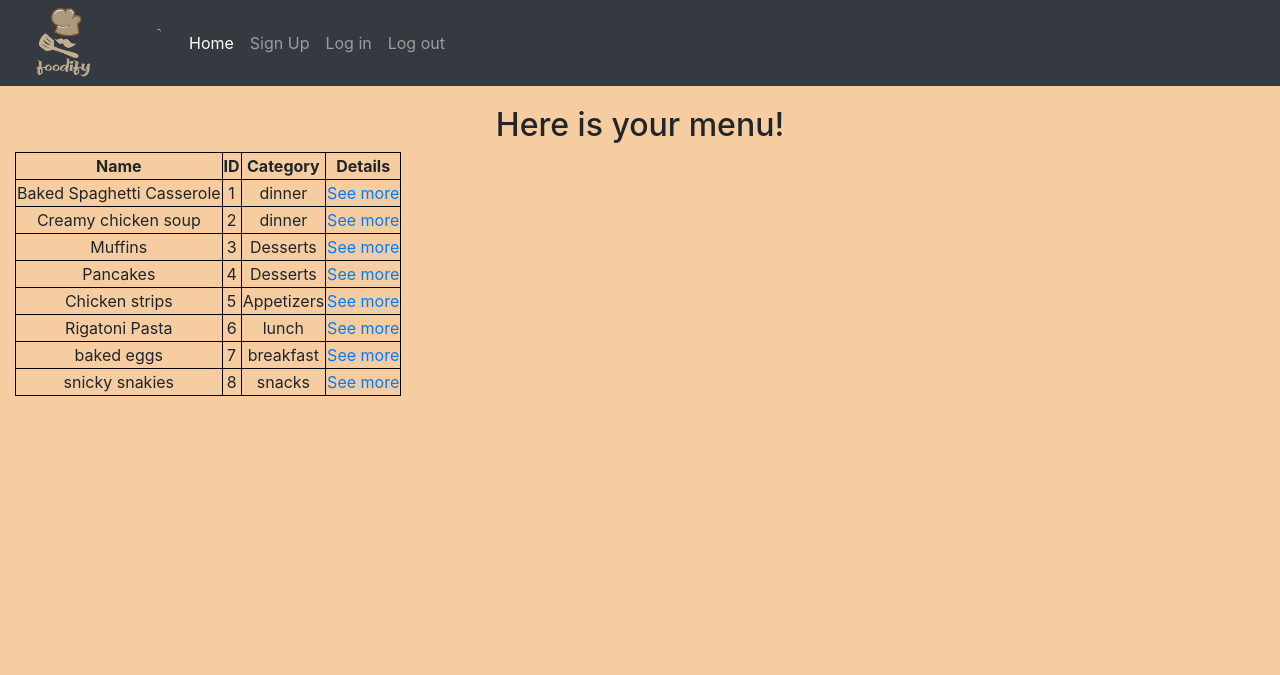
Repository: RanaHisham18/Foodify-Web-App
Page: Project IA raghda/usermenu.html
An editor plug-in stored every save of this project. The page is shown before and after the next save, followed by the edit.
The browser window is 1280 px wide. The pictures show the whole page.

Above is the page before, as saved 2022-01-06 18:34:03.

After the next save:
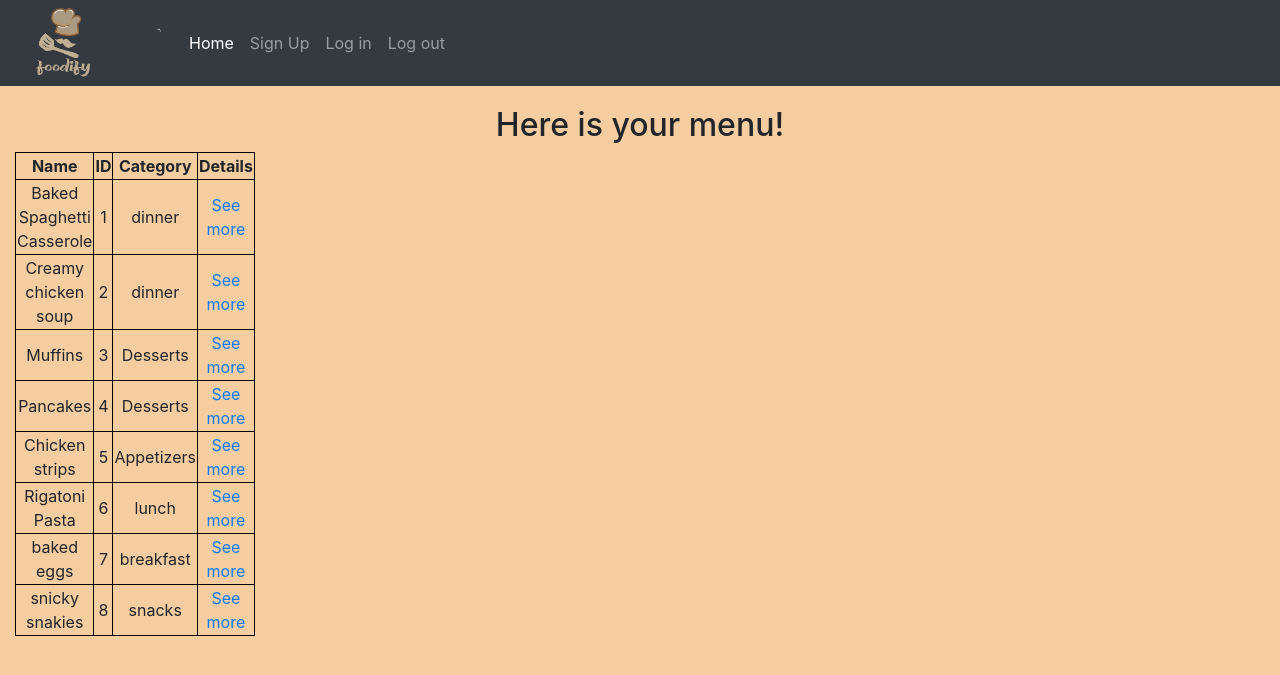
Saved 8 s later.
--- a/Project IA raghda/usermenu.css
+++ b/Project IA raghda/usermenu.css
@@ -21,7 +21,7 @@ table, th, td {
   }
 
   .usermenu{
-      width:max-content;
+      width:min-content;
       text-align:center;
       margin-left: 15px;
       margin-right: 15px;
